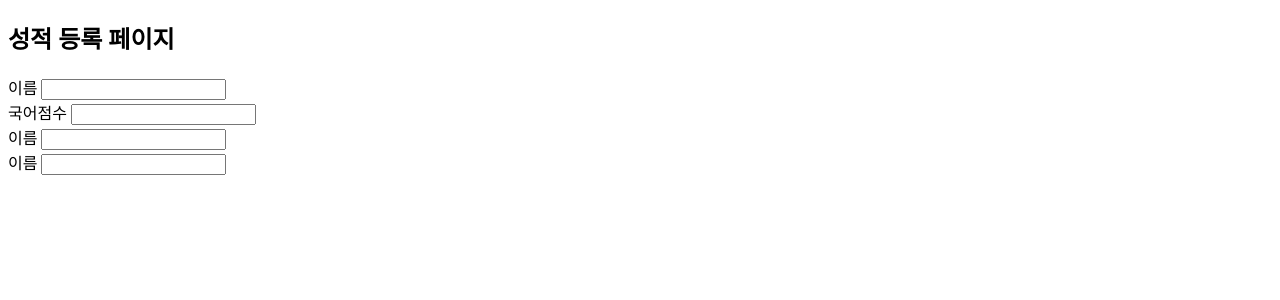
Repository: shinymusket/ideal-memory2
Page: homework07/WebContent/scoreReg.html
An editor plug-in stored every save of this project. The page is shown before and after the next save, followed by the edit.
The browser window is 1280 px wide. The pictures show the whole page.

Above is the page before, as saved 2022-06-15 00:27:32.

### homework07/WebContent/scoreReg.html
<!DOCTYPE html>
<html>
<head>
<meta charset="UTF-8">
<title>성적 등록 페이지</title>
</head>
<body>
	<h2>성적 등록 페이지</h2>
	<form action="" method="post">
		<label for="name">이름</label>
		<input type="text" id="name" name="name"><br>
		<label for="korScore">국어점수</label>
		<input type="number" min="0" max="" id="korScore" name="korScore"><br>
		<label for="name">이름</label>
		<input type="text" id="name" name="name"><br>
		<label for="name">이름</label>
		<input type="text" id="name" name="name"><br>

	</form>
</body>
</html>

After the next save:
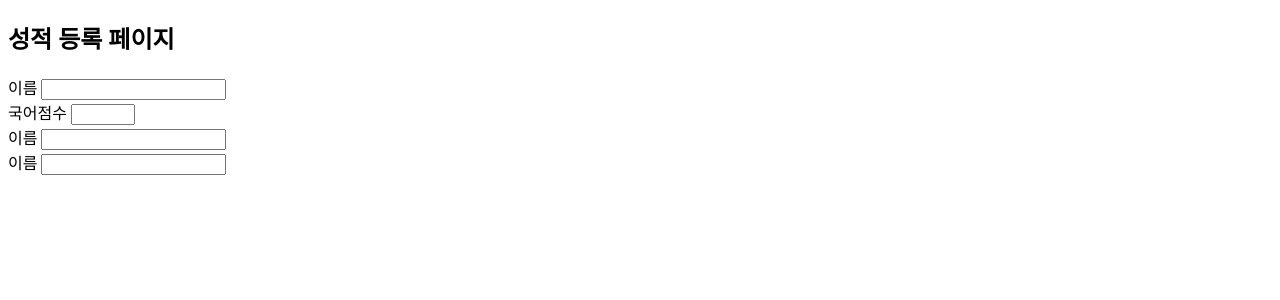
Saved 2 s later.
--- a/homework07/WebContent/scoreReg.html
+++ b/homework07/WebContent/scoreReg.html
@@ -10,7 +10,7 @@
 		<label for="name">이름</label>
 		<input type="text" id="name" name="name"><br>
 		<label for="korScore">국어점수</label>
-		<input type="number" min="0" max="" id="korScore" name="korScore"><br>
+		<input type="number" min="0" max="100" id="korScore" name="korScore"><br>
 		<label for="name">이름</label>
 		<input type="text" id="name" name="name"><br>
 		<label for="name">이름</label>
